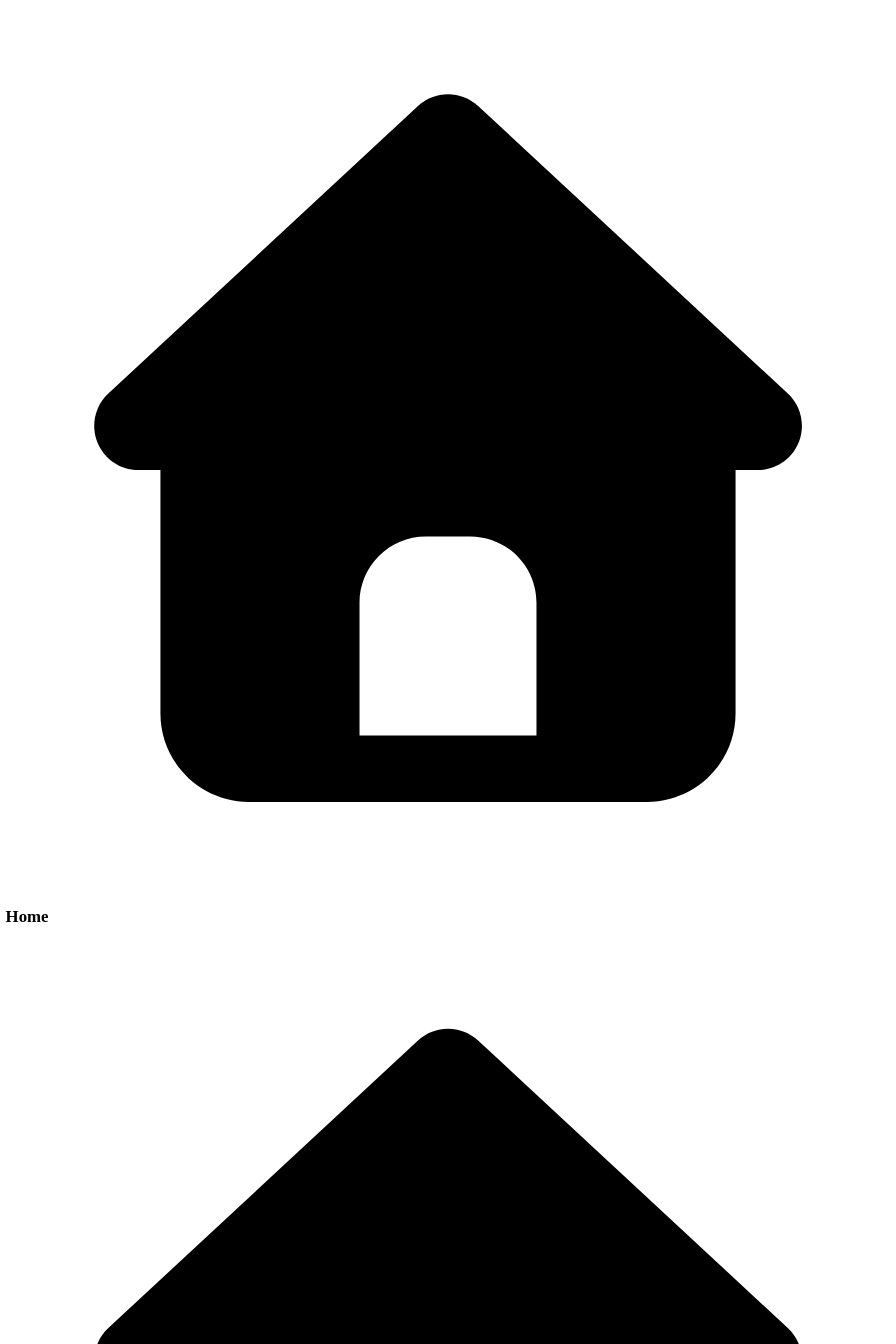
Repository: iocolopus/learn_web
Page: sandertracker_1/index.html
An editor plug-in stored every save of this project. The page is shown before and after the next save, followed by the edit.
The browser window is 1280 px wide. The pictures show the part of the page from y = 0 to 1920 px (the page is 4012 px tall before and 4030 px after), at 70% of full size.

Above is the page before, as saved 2026-02-18 19:04:49.

After the next save:
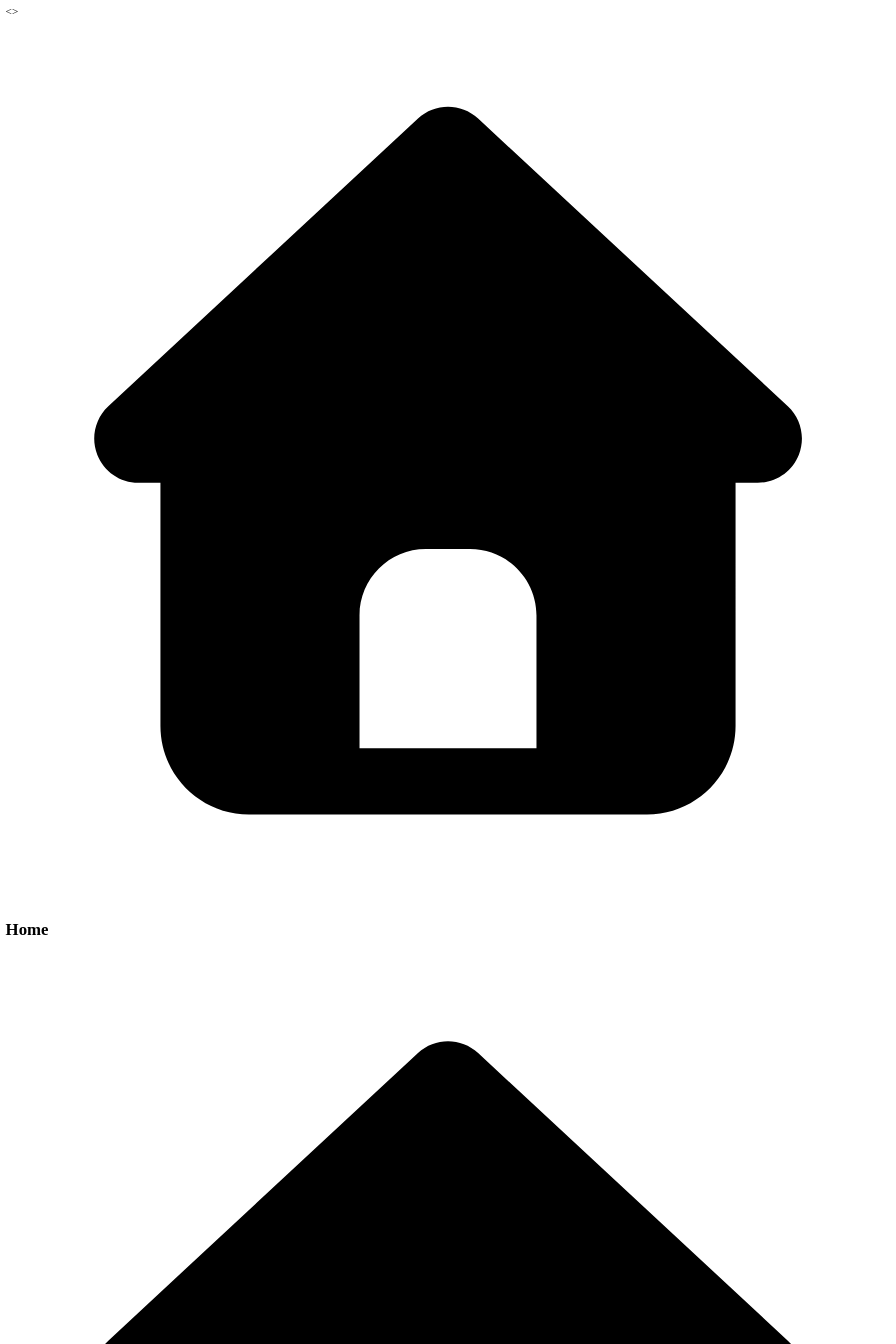
Saved 4 s later.
--- a/sandertracker_1/index.html
+++ b/sandertracker_1/index.html
@@ -8,7 +8,7 @@
 </head>
 <body>
     <div class="navBar">
-        <div ></div>
+        <></div>
         <img src="media/house-solid-full.svg" alt="more" class="navIcon">
         <h2 class="navText">Home</h2>
 

After the 3 saves that followed:
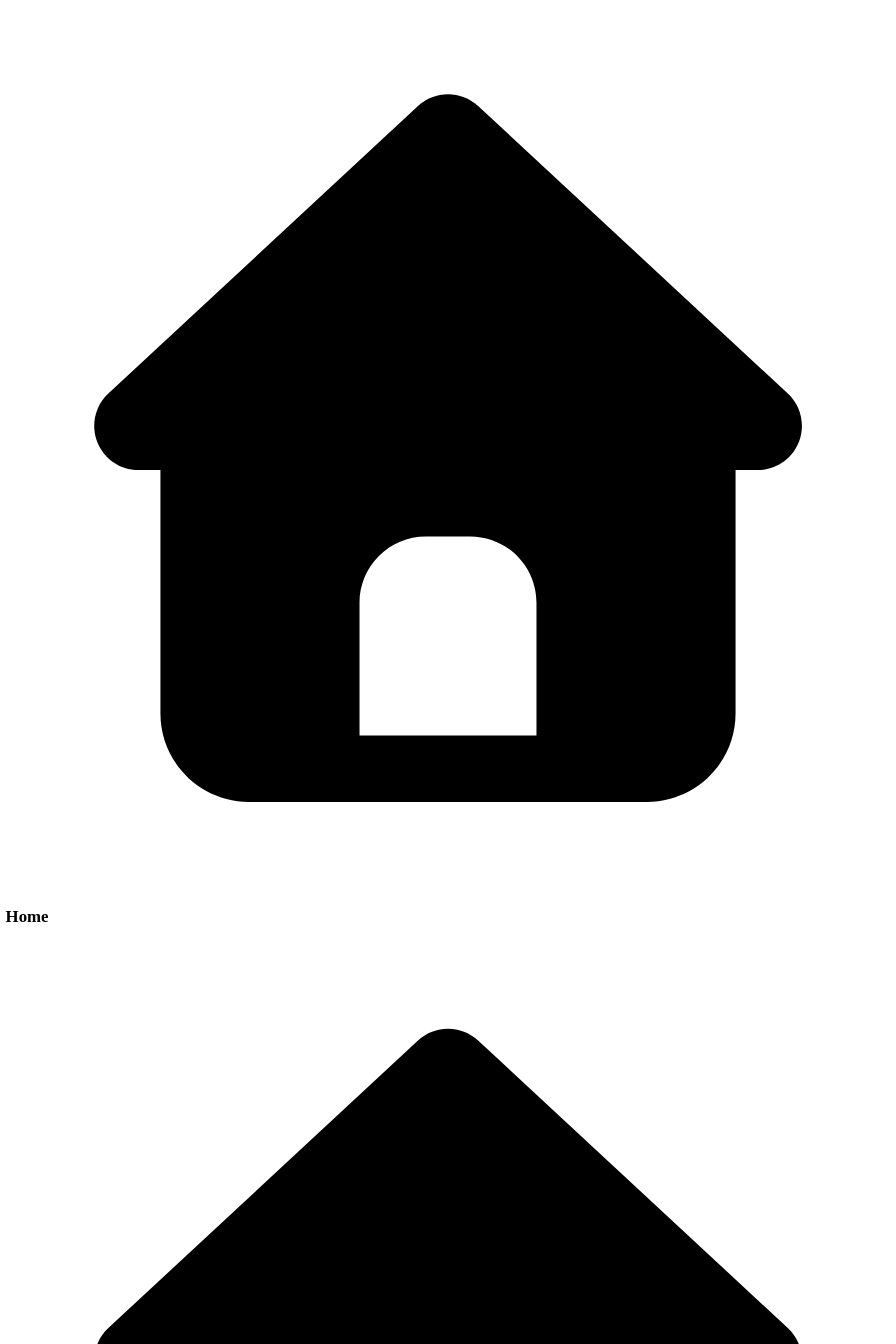
The 3 saves are shown as one change because they came seconds apart.
The last was saved 6 s later.
--- a/sandertracker_1/index.html
+++ b/sandertracker_1/index.html
@@ -8,7 +8,7 @@
 </head>
 <body>
     <div class="navBar">
-        <></div>
+        <div></div>
         <img src="media/house-solid-full.svg" alt="more" class="navIcon">
         <h2 class="navText">Home</h2>
 
